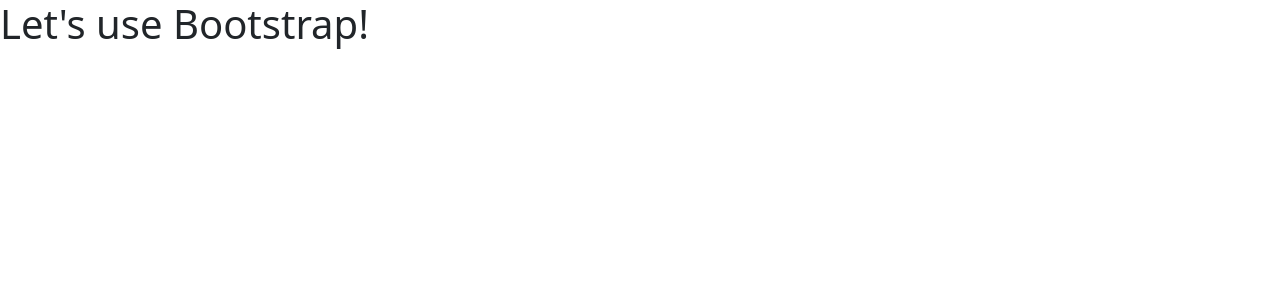
Repository: sinayaka-body/sparta
Page: frontend/bootstrap.html
These files come from the project's save history. The page is drawn as it stood at one moment and after the next save; the edit follows.
The browser window is 1280 px wide. The pictures show the whole page.

Above is the page before, as saved 2023-04-15 15:59:42.

After the next save:
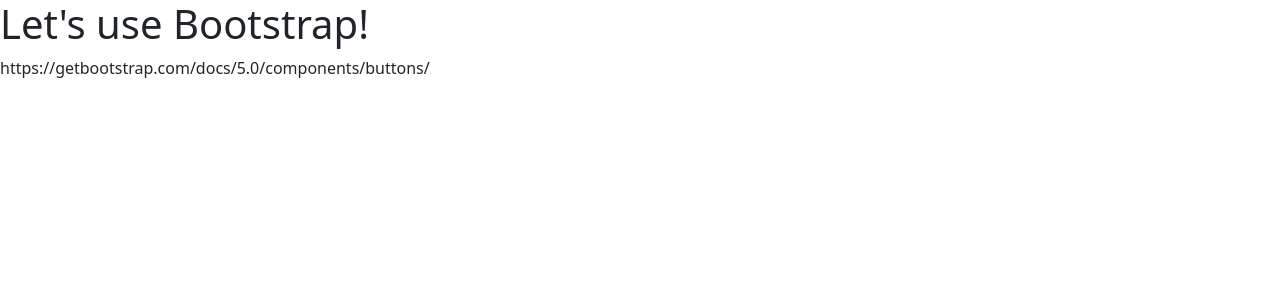
Saved 99 s later.
--- a/frontend/bootstrap.html
+++ b/frontend/bootstrap.html
@@ -13,5 +13,6 @@
 
   <body>
     <h1>Let's use Bootstrap!</h1>
+    https://getbootstrap.com/docs/5.0/components/buttons/
   </body>
 </html>
